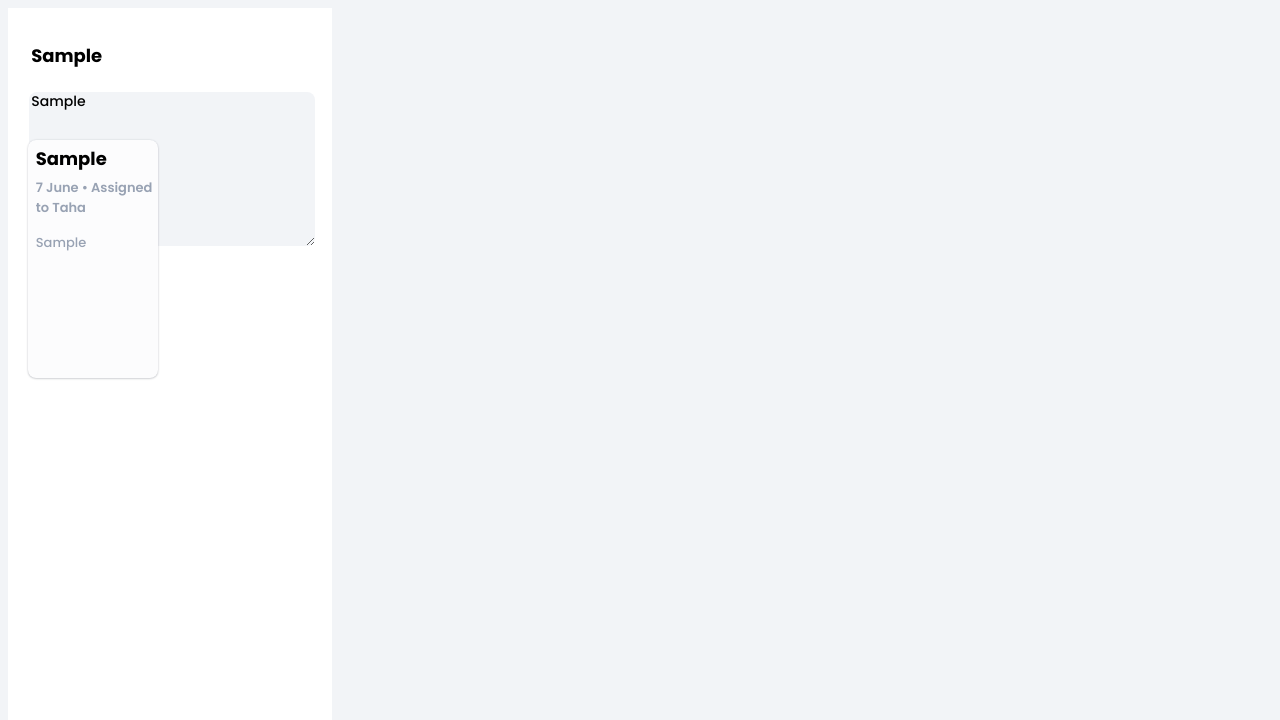
Repository: ReyhanehRahmani/TO-DO
Page: index.html
An editor plug-in stored every save of this project. The page is shown before and after the next save, followed by the edit.
The browser window is 1280 px wide. The pictures show the whole page.
Empty fields were first filled with sample values (such as "Sample", 5 or name@example.com).
After loading, the first visible `#creatbut` was clicked once.
Some web fonts or font styles are not loaded; a fallback is used.

Above is the page before, as saved 2025-06-08 12:37:17.

After the next save:
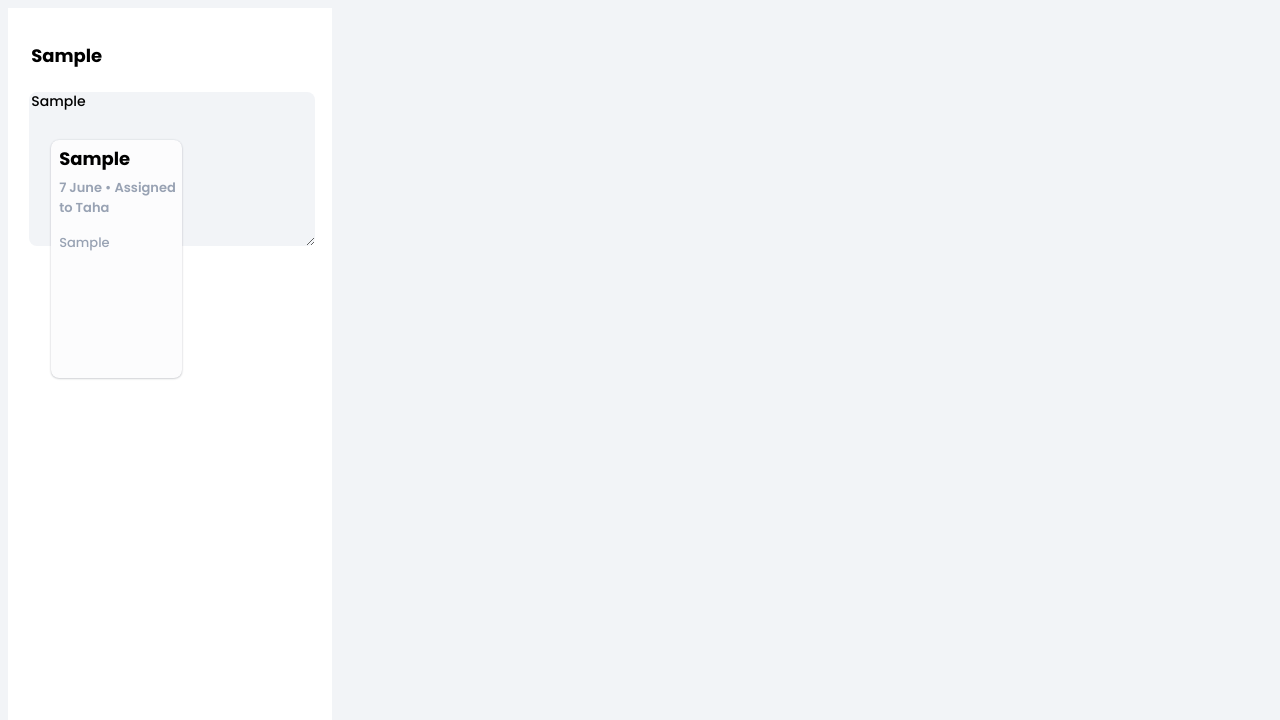
Saved 20 s later.
--- a/style.css
+++ b/style.css
@@ -278,7 +278,6 @@ body{
 
 .cardsContainer{
     justify-content: center;
-    margin-left: 27.524204703%;
 }
 
 
@@ -291,6 +290,8 @@ body{
     justify-self: center;
     position: relative;
     margin-bottom: 24px;
+        margin-left: 27.524204703%;
+
 }
 
 
